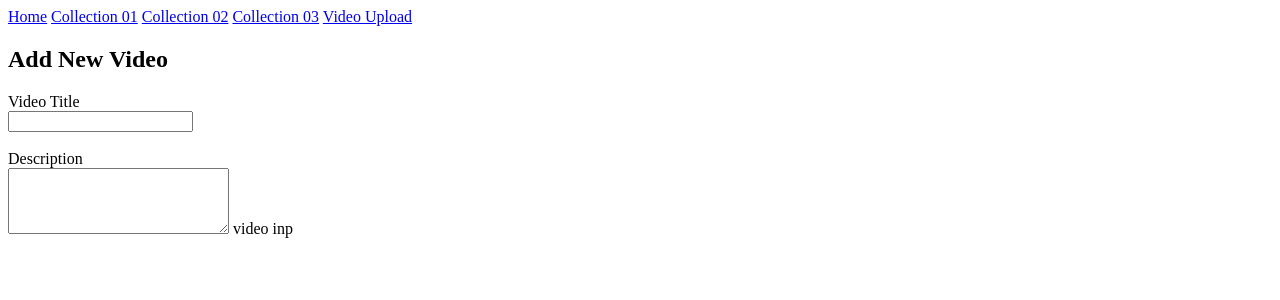
Repository: JoaoLemesDEV/Project-MyTube
Page: video_upload_page.html
These files come from the project's save history. The page is drawn as it stood at one moment and after the next save; the edit follows.
The browser window is 1280 px wide. The pictures show the whole page.

Above is the page before, as saved 2021-10-10 21:24:09.

After the next save:
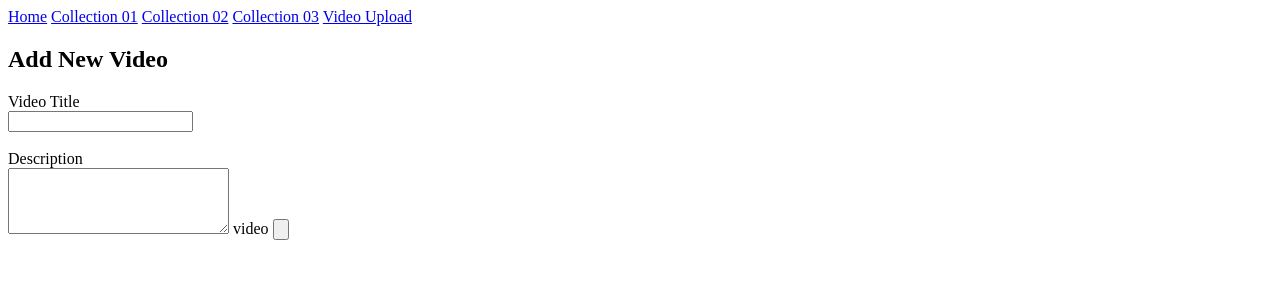
Saved 6 s later.
--- a/video_upload_page.html
+++ b/video_upload_page.html
@@ -21,7 +21,7 @@
 <label for="description">Description</label><br>
 <textarea name="description" id="descripition" cols="25" rows="4"></textarea>
 <label for="video">video</label>
-inp
+<input type="button" value="">
 </body>
 <footer></footer>
 </html>
